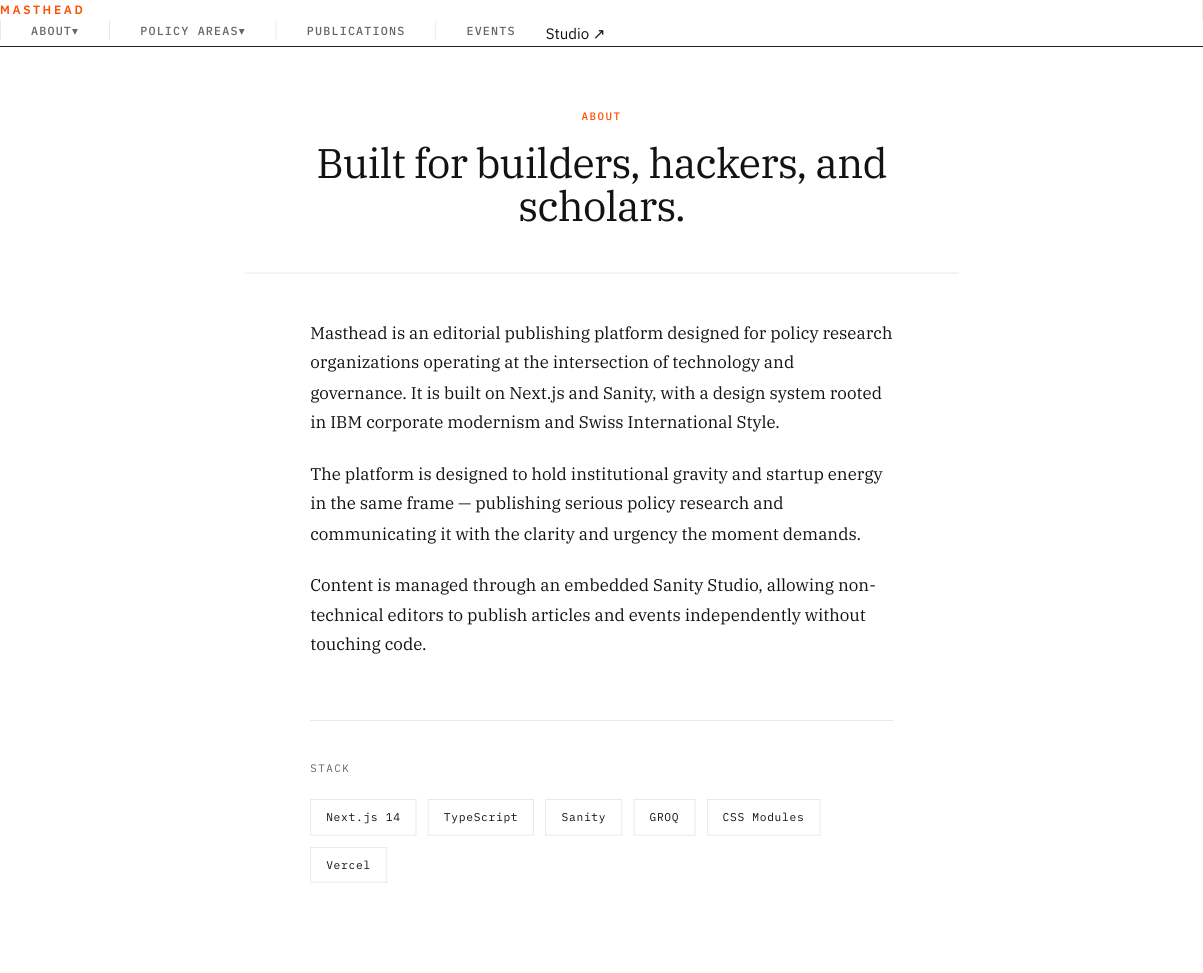
Repository: aricmoore/apogee
Page: /about
The author's editor kept a copy of each file at every save. The page is drawn from the files as they stood at one save, then again after the next save.
The browser window is 1280 px wide. The pictures show the whole page, at 94% of full size.
The project was rebuilt for these pictures with package versions that can differ from the ones it lists, and the page was loaded fresh each time. The framework's server and built-in components were replaced by stand-ins that run in the browser. Also part of the build but not shown: next.config.ts.

Above is the page before, as saved 2026-04-12 16:15:05.

### src/app/layout.tsx
import type { Metadata } from "next";
import { Geist, Geist_Mono } from "next/font/google";
import "./globals.css";
import '@/app/globals.css'
import Nav from '@/components/Nav'
import Footer from '@/components/Footer'

const geistSans = Geist({
  variable: "--font-geist-sans",
  subsets: ["latin"],
});

const geistMono = Geist_Mono({
  variable: "--font-geist-mono",
  subsets: ["latin"],
});

export const metadata: Metadata = {
  title: 'Masthead',
  description: 'Editorial publishing platform',
}

export default function RootLayout({ children }: { children: React.ReactNode }) {
  return (
    <html lang="en">
      <body>
        <Nav />
        <main>{children}</main>
      </body>
    </html>
  )
}

### src/app/about/page.tsx
import styles from './page.module.css'

export default function AboutPage() {
  return (
    <div className={styles.page}>
      <div className="container">
        <div className={styles.header}>
          <span className={styles.label}>About</span>
          <h1 className={styles.title}>Built for builders, hackers, and scholars.</h1>
        </div>
        <div className={styles.body}>
          <p>Masthead is an editorial publishing platform designed for policy research organizations operating at the intersection of technology and governance. It is built on Next.js and Sanity, with a design system rooted in IBM corporate modernism and Swiss International Style.</p>
          <p>The platform is designed to hold institutional gravity and startup energy in the same frame — publishing serious policy research and communicating it with the clarity and urgency the moment demands.</p>
          <p>Content is managed through an embedded Sanity Studio, allowing non-technical editors to publish articles and events independently without touching code.</p>
        </div>
        <div className={styles.stack}>
          <span className={styles.stackLabel}>Stack</span>
          <div className={styles.stackGrid}>
            {['Next.js 14', 'TypeScript', 'Sanity', 'GROQ', 'CSS Modules', 'Vercel'].map(item => (
              <div key={item} className={styles.stackItem}>{item}</div>
            ))}
          </div>
        </div>
      </div>
    </div>
  )
}

### src/app/globals.css
@import url('https://fonts.googleapis.com/css2?family=IBM+Plex+Serif:ital,wght@0,400;0,500;1,400&family=IBM+Plex+Mono:wght@400;500&family=IBM+Plex+Sans:wght@300;400;500;600&display=swap');

:root {
  /* FAI exact palette */
  --orange:  #FF4F00;
  --yellow:  #FFA300;
  --blue:    #4997D0;
  --stone:   #D9D9D6;
  --black:   #121212;
  --white:   #FFFFFF;

  /* Semantic */
  --ink:     #121212;
  --muted:   #666666;
  --faint:   #E8E8E5;
  --bg:      #FFFFFF;
  --accent:  #FF4F00;

  /* FAI fonts */
  --font-serif:   'IBM Plex Serif', Georgia, serif;
  --font-mono:    'IBM Plex Mono', 'Courier New', monospace;
  --font-sans:    'IBM Plex Sans', system-ui, sans-serif;

  /* Type scale */
  --text-xs:   0.75rem;    /* 11px */
  --text-sm:   0.875rem;   /* 13px */
  --text-base: 1rem;       /* 16px */
  --text-lg:   1.125rem;   /* 18px */
  --text-xl:   1.25rem;    /* 20px */
  --text-2xl:  1.5rem;     /* 24px */
  --text-3xl:  2rem;       /* 32px */
  --text-4xl:  2.75rem;    /* 44px */
  --text-5xl:  3.5rem;     /* 56px */
  --text-6xl:  5rem;       /* 80px */

  /* Spacing (8pt grid) */
  --space-1:  0.25rem;
  --space-2:  0.5rem;
  --space-3:  0.75rem;
  --space-4:  1rem;
  --space-6:  1.5rem;
  --space-8:  2rem;
  --space-10: 2.5rem;
  --space-12: 3rem;
  --space-16: 4rem;
  --space-20: 5rem;
  --space-24: 6rem;

  /* Layout */
  --max-w:      1280px;
  --leading-tight: 1.05;
  --leading-snug:  1.3;
  --leading-body:  1.7;
  --measure:       66ch;

  /* Motion */
  --ease: cubic-bezier(0.16, 1, 0.3, 1);
}

*, *::before, *::after {
  box-sizing: border-box;
  margin: 0;
  padding: 0;
}

html {
  font-size: 16px;
  -webkit-font-smoothing: antialiased;
  -moz-osx-font-smoothing: grayscale;
}

body {
  background: var(--bg);
  color: var(--ink);
  font-family: var(--font-sans);
  font-size: var(--text-base);
  line-height: var(--leading-body);
  font-weight: 400;
}

a { color: inherit; text-decoration: none; }
img { display: block; max-width: 100%; }
button { cursor: pointer; border: none; background: none; font: inherit; }

/* Layout utilities */
.container {
  width: 100%;
  max-width: var(--max-w);
  margin: 0 auto;
  padding: 0 var(--space-8);
}

/* Label — IBM Mono caps, the FAI signature micro-text style */
.label {
  font-family: var(--font-mono);
  font-size: var(--text-xs);
  font-weight: 500;
  letter-spacing: 0.12em;
  text-transform: uppercase;
  color: var(--muted);
}

.label--orange {
  color: var(--orange);
}

.rule {
  border: none;
  border-top: 1px solid var(--faint);
}

.rule--heavy {
  border-top: 2px solid var(--black);
}

### src/components/Nav.tsx
'use client'
import Link from 'next/link'
import { useState } from 'react'
import styles from './Nav.module.css'

const navItems = [
  {
    label: 'About',
    children: [
      { label: 'Mission', href: '/' },
      { label: 'Staff', href: '/' },
      { label: 'Careers', href: '/' },
    ]
  },
  {
    label: 'Policy Areas',
    children: [
      { label: 'Innovation', href: '/' },
      { label: 'Governance', href: '/' },
      { label: 'Education', href: '/' },
      { label: 'Technology', href: '/' },
    ]
  },
  {
    label: 'Publications',
    href: '/',
  },
  {
    label: 'Events',
    href: '/events',
  },
]

export default function Nav() {
  const [open, setOpen] = useState<string | null>(null)

  return (
    <header className={styles.header}>
      <div className={styles.top}>
        <Link href="/" className={styles.wordmark}>Masthead</Link>
        <nav className={styles.links}>
          {navItems.map(item => (
            <div
              key={item.label}
              className={styles.navItem}
              onMouseEnter={() => item.children && setOpen(item.label)}
              onMouseLeave={() => setOpen(null)}
            >
              {item.href ? (
                <Link href={item.href} className={styles.link}>{item.label}</Link>
              ) : (
                <button className={styles.link}>
                  {item.label}
                  <span className={styles.caret}>▾</span>
                </button>
              )}
              {item.children && open === item.label && (
                <div className={styles.dropdown}>
                  {item.children.map(child => (
                    <Link key={child.label} href={child.href} className={styles.dropdownItem}>
                      {child.label}
                    </Link>
                  ))}
                </div>
              )}
            </div>
          ))}
          <Link href="/studio" className={styles.donate}>Studio ↗</Link>
        </nav>
      </div>
    </header>
  )
}

### src/app/about/page.module.css
.page {
  padding: var(--space-16) 0 var(--space-24);
}

.header {
  max-width: 760px;
  margin: 0 auto var(--space-12);
  text-align: center;
  padding-bottom: var(--space-12);
  border-bottom: 1px solid var(--faint);
}

.label {
  font-family: var(--font-mono);
  font-size: 0.72rem;
  font-weight: 500;
  letter-spacing: 0.14em;
  text-transform: uppercase;
  color: var(--orange);
  display: block;
  margin-bottom: var(--space-4);
}

.title {
  font-family: var(--font-serif);
  font-size: var(--text-4xl);
  font-weight: 400;
  line-height: var(--leading-tight);
  letter-spacing: -0.02em;
  color: var(--black);
}

.body {
  max-width: 620px;
  margin: 0 auto var(--space-16);
  font-family: var(--font-serif);
  font-size: var(--text-lg);
  line-height: 1.75;
  color: var(--ink);
}

.body p {
  margin-bottom: var(--space-6);
}

.stack {
  max-width: 620px;
  margin: 0 auto;
  padding-top: var(--space-10);
  border-top: 1px solid var(--faint);
}

.stackLabel {
  font-family: var(--font-mono);
  font-size: 0.72rem;
  letter-spacing: 0.14em;
  text-transform: uppercase;
  color: var(--muted);
  display: block;
  margin-bottom: var(--space-6);
}

.stackGrid {
  display: flex;
  flex-wrap: wrap;
  gap: var(--space-3);
}

.stackItem {
  font-family: var(--font-mono);
  font-size: 0.75rem;
  letter-spacing: 0.06em;
  color: var(--ink);
  border: 1px solid var(--faint);
  padding: var(--space-2) var(--space-4);
  transition: border-color 0.15s, color 0.15s;
}

.stackItem:hover {
  border-color: var(--orange);
  color: var(--orange);
}

### src/components/Nav.module.css
.header {
  position: sticky;
  top: 0;
  z-index: 100;
  background: var(--white);
  border-bottom: 1px solid var(--black);
}

.inner {
  display: flex;
  align-items: stretch;
  justify-content: space-between;
  min-height: 56px;
  max-width: var(--max-w);
  margin: 0 auto;
  padding: 0 var(--space-8);
}

.wordmark {
  display: flex;
  align-items: center;
  font-family: var(--font-sans);
  font-size: 0.8rem;
  font-weight: 600;
  letter-spacing: 0.22em;
  text-transform: uppercase;
  color: var(--black);
  padding-right: var(--space-10);
  border-right: 1px solid var(--faint);
  transition: color 0.15s;
}

.wordmark:hover { color: var(--orange); }

.links {
  display: flex;
  align-items: stretch;
  gap: 0;
}

.link {
  display: flex;
  align-items: center;
  font-family: var(--font-mono);
  font-size: 0.78rem;
  font-weight: 500;
  letter-spacing: 0.1em;
  text-transform: uppercase;
  color: var(--muted);
  padding: 0 var(--space-8);
  border-left: 1px solid var(--faint);
  transition: color 0.15s;
  white-space: nowrap;
}

.link:hover { color: var(--orange); }

.studio {
  display: flex;
  align-items: center;
  font-family: var(--font-mono);
  font-size: 0.78rem;
  font-weight: 500;
  letter-spacing: 0.1em;
  text-transform: uppercase;
  color: var(--white);
  background: var(--orange);
  padding: 0 var(--space-8);
  border-left: 1px solid var(--black);
  transition: background 0.15s;
  white-space: nowrap;
}

.studio:hover { background: var(--black); }

After the next save:
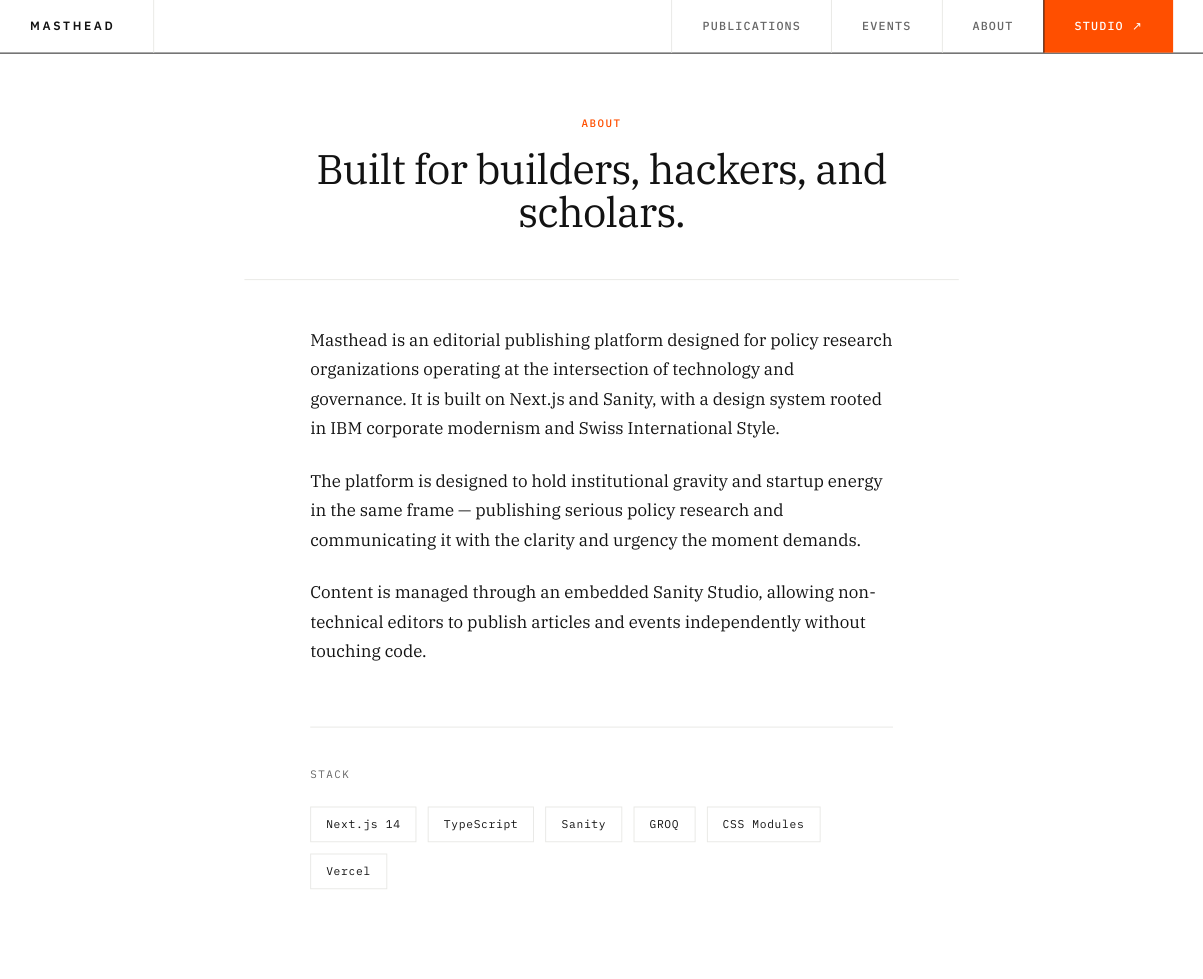
Saved 29 s later.
--- a/src/components/Nav.tsx
+++ b/src/components/Nav.tsx
@@ -1,71 +1,16 @@
-'use client'
 import Link from 'next/link'
-import { useState } from 'react'
 import styles from './Nav.module.css'
 
-const navItems = [
-  {
-    label: 'About',
-    children: [
-      { label: 'Mission', href: '/' },
-      { label: 'Staff', href: '/' },
-      { label: 'Careers', href: '/' },
-    ]
-  },
-  {
-    label: 'Policy Areas',
-    children: [
-      { label: 'Innovation', href: '/' },
-      { label: 'Governance', href: '/' },
-      { label: 'Education', href: '/' },
-      { label: 'Technology', href: '/' },
-    ]
-  },
-  {
-    label: 'Publications',
-    href: '/',
-  },
-  {
-    label: 'Events',
-    href: '/events',
-  },
-]
-
 export default function Nav() {
-  const [open, setOpen] = useState<string | null>(null)
-
   return (
     <header className={styles.header}>
-      <div className={styles.top}>
+      <div className={styles.inner}>
         <Link href="/" className={styles.wordmark}>Masthead</Link>
-        <nav className={styles.links}>
-          {navItems.map(item => (
-            <div
-              key={item.label}
-              className={styles.navItem}
-              onMouseEnter={() => item.children && setOpen(item.label)}
-              onMouseLeave={() => setOpen(null)}
-            >
-              {item.href ? (
-                <Link href={item.href} className={styles.link}>{item.label}</Link>
-              ) : (
-                <button className={styles.link}>
-                  {item.label}
-                  <span className={styles.caret}>▾</span>
-                </button>
-              )}
-              {item.children && open === item.label && (
-                <div className={styles.dropdown}>
-                  {item.children.map(child => (
-                    <Link key={child.label} href={child.href} className={styles.dropdownItem}>
-                      {child.label}
-                    </Link>
-                  ))}
-                </div>
-              )}
-            </div>
-          ))}
-          <Link href="/studio" className={styles.donate}>Studio ↗</Link>
+        <nav className={styles.links} aria-label="Main navigation">
+          <Link href="/" className={styles.link}>Publications</Link>
+          <Link href="/events" className={styles.link}>Events</Link>
+          <Link href="/about" className={styles.link}>About</Link>
+          <Link href="/studio" className={styles.studio}>Studio ↗</Link>
         </nav>
       </div>
     </header>
